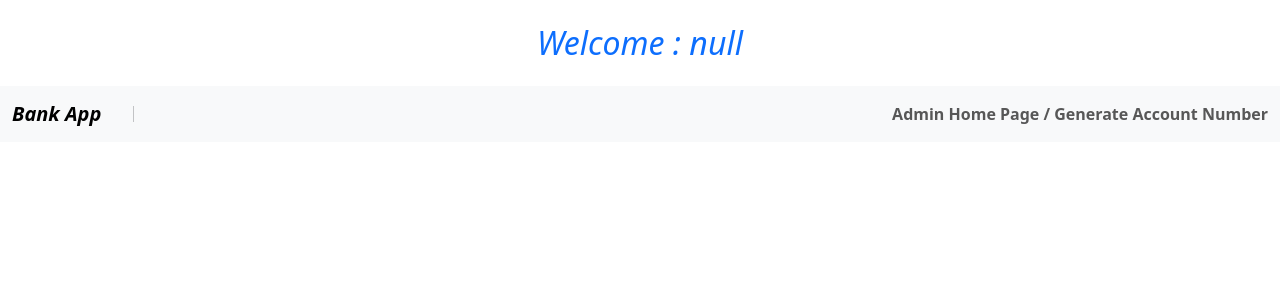
Repository: Niket-mishra/Dummy
Page: http://localhost/Mini-Project/GenerateAccountNumber.jsp
The author's editor kept a copy of each file at every save. The page is drawn from the files as they stood at one save, then again after the next save.
The browser window is 1280 px wide. The pictures show the whole page.
The page is served by Tomcat 10. Other server files are loaded and not shown.

Above is the page before, as saved 2024-05-10 15:33:09.

### Mini-Project/src/main/webapp/GenerateAccountNumber.jsp
<%@ page language="java" contentType="text/html; charset=ISO-8859-1"
    pageEncoding="ISO-8859-1"%>
<!DOCTYPE html>
<html>
<head>
<meta charset="ISO-8859-1">
<title>Generate Account Number</title>
<link href="https://cdn.jsdelivr.net/npm/bootstrap@5.3.3/dist/css/bootstrap.min.css" rel="stylesheet">

</head>
<body>
<% String name = String.valueOf(session.getAttribute("name1")); %>
<h2 class ="mb-4 mt-4 fst-italic text-primary text-center">Welcome : <%=name %></h2>
<nav class="navbar navbar-expand-lg bg-body-tertiary mb-5">
  <div class="container-fluid">
    <a class="navbar-brand" href="/"><b><i>Bank App</i></b></a>
    <button class="navbar-toggler" type="button" data-bs-toggle="collapse" data-bs-target="#navbarText" aria-controls="navbarText" aria-expanded="false" aria-label="Toggle navigation">
      <span class="navbar-toggler-icon"></span>
    </button>
    <div class="collapse navbar-collapse ms-3" id="navbarText">
      <ul class="navbar-nav me-auto mb-2 mb-lg-0">
        <div class ="vr"></div>
      </ul>
      <span class="navbar-text">
        <b>Admin Home Page / Generate Account Number</b>
      </span>
    </div>
  </div>
</nav>

</body>
</html>

After the next save:
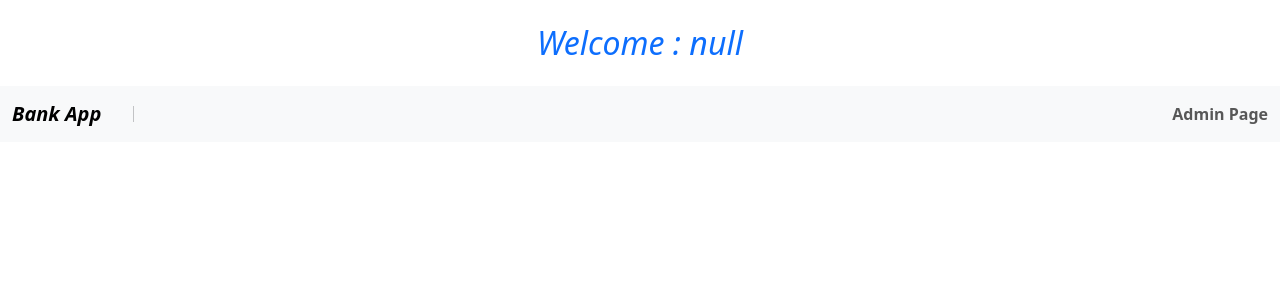
Saved 30 s later.
--- a/Mini-Project/src/main/webapp/GenerateAccountNumber.jsp
+++ b/Mini-Project/src/main/webapp/GenerateAccountNumber.jsp
@@ -22,7 +22,7 @@
         <div class ="vr"></div>
       </ul>
       <span class="navbar-text">
-        <b>Admin Home Page / Generate Account Number</b>
+        <b>Admin Page</b>
       </span>
     </div>
   </div>
